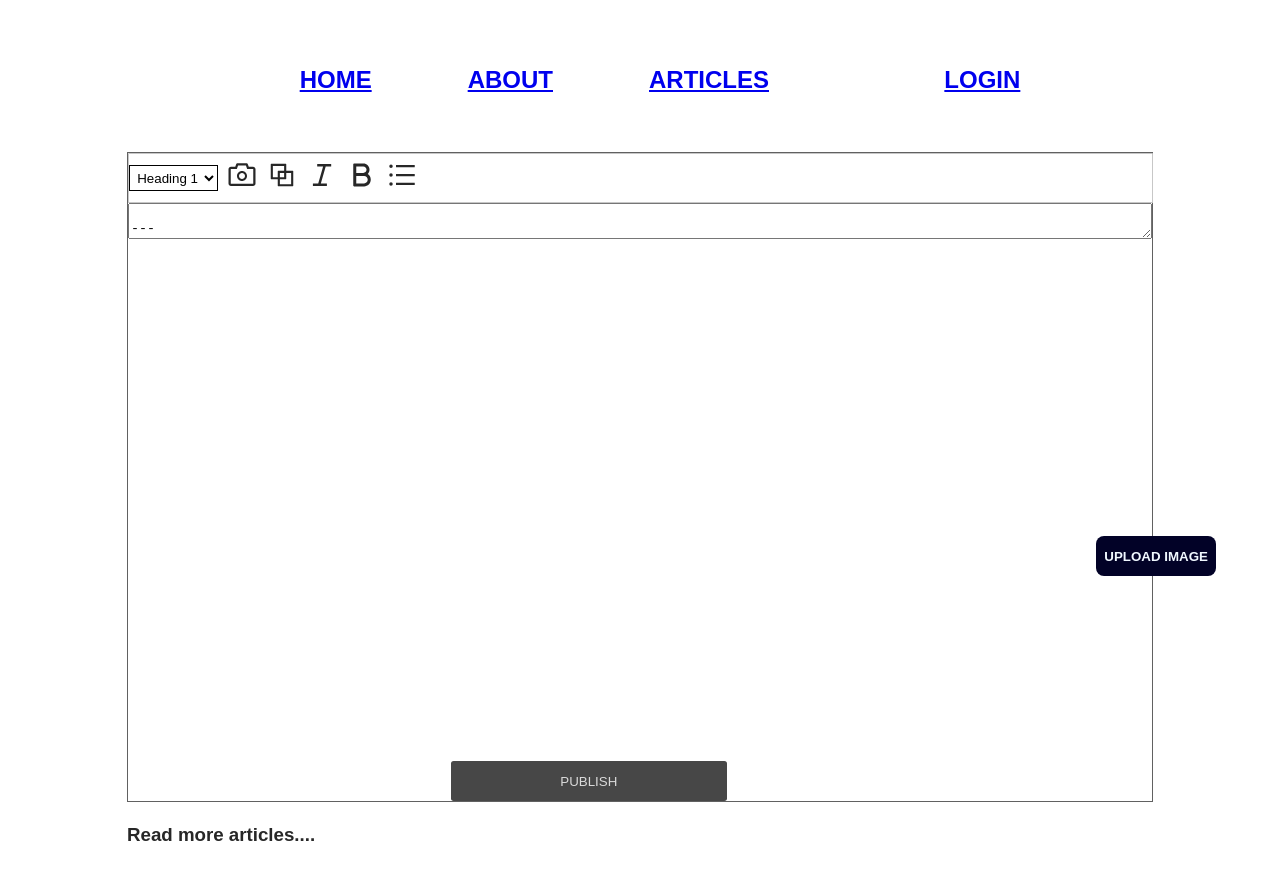
Repository: ValGrace/-static-site
Page: /articles (app in client/)
An editor plug-in stored every save of this project. The page is shown before and after the next save, followed by the edit.
The browser window is 1280 px wide. The pictures show the whole page.
The page's requests for data from a server got no answer. The project was rebuilt for these pictures with package versions that can differ from the ones it lists, and the page was loaded fresh each time. No one was signed in, and anything a server would have sent is missing. Also part of the build but not shown: client/vite.config.js, client/src/Components/Login.jsx, client/src/Components/Signup.jsx, client/src/Components/HomeSection.jsx, client/src/Components/TopSection.jsx, client/src/MdFiles/MdFileContext.js, client/src/Pages/HomePage.jsx, client/src/Pages/aboutPage.jsx.

Above is the page before, as saved 2023-07-01 12:05:23.

### client/index.html
<!DOCTYPE html>
<html lang="en">
  <head>
    <meta charset="UTF-8" />
    <link rel="icon" type="image/svg+xml" href="/vite.svg" />
    <meta name="viewport" content="width=device-width, initial-scale=1.0" />
    <title>Static Site Generator</title>

  </head>
  <body>
    <div id="root"></div>
    <script type="module" src="/src/main.jsx"></script>
  </body>
</html>

### client/src/main.jsx
import React from 'react'
import ReactDOM from 'react-dom/client'
import App from './App'
import './index.css'
import { BrowserRouter } from 'react-router-dom'
ReactDOM.createRoot(document.getElementById('root')).render(
  <React.StrictMode>
    <BrowserRouter>
    <App />
    </BrowserRouter>
  </React.StrictMode>,
)

### client/src/App.jsx
import PageRouter from './Routing/PageRouter'
import './App.css'


function App() {

  return (
    <div className="App">
      <PageRouter />
    </div>
  )
}

export default App

### client/src/index.css
:root {
  font-family: 'Acme', sans-serif;
  line-height: 1.5;
  font-weight: 400;

  color-scheme: light dark;
  color: rgba(7, 7, 7, 0.87);
  background-color: #ffffff;

  font-synthesis: none;
  text-rendering: optimizeLegibility;
  -webkit-font-smoothing: antialiased;
  -moz-osx-font-smoothing: grayscale;
  -webkit-text-size-adjust: 100%;
}

/* a {
  font-weight: 500;
  color: #646cff;
  text-decoration: inherit;
}
a:hover {
  color: #535bf2;
}

body {
  margin: 0;
  display: flex;
  place-items: center;
  min-width: 320px;
  min-height: 100vh;
}

h1 {
  font-size: 3.2em;
  line-height: 1.1;
}

button {
  border-radius: 8px;
  border: 1px solid transparent;
  padding: 0.6em 1.2em;
  font-size: 1em;
  font-weight: 500;
  font-family: inherit;
  background-color: #1a1a1a;
  cursor: pointer;
  transition: border-color 0.25s;
}
button:hover {
  border-color: #646cff;
}
button:focus,
button:focus-visible {
  outline: 4px auto -webkit-focus-ring-color;
}

@media (prefers-color-scheme: light) {
  :root {
    color: #213547;
    background-color: #ffffff;
  }
  a:hover {
    color: #747bff;
  }
  button {
    background-color: #f9f9f9;
  }
} */

### client/src/Routing/PageRouter.jsx
import Dashboard from "../Pages/Dashboard";
import HomePage from "../Pages/HomePage";
import { Routes, Route} from "react-router-dom"
import AboutPage from "../Pages/aboutPage";
import Articles from "../Pages/Articles";
const PageRouter = () => {
    return (
        <Routes>
            <Route exact path="/" element={ <HomePage />}/>
            <Route path="/login" element={ <Dashboard />}/>
            <Route path="/about" element={<AboutPage />} />
            <Route path="/articles" element={<Articles />} />

        </Routes>
    )
}

export default PageRouter

### client/src/App.css
.App {
  display: flex;
  flex-direction: column;
  justify-content: center;
  align-items: center;
}

### client/src/Pages/Dashboard.jsx
import React, { useReducer, useState} from 'react'
import Login from '../Components/Login'
import Signup from '../Components/Signup'
import "../Components/Inputs.css"
import { Link, useNavigate } from 'react-router-dom'
// import { useAuth } from '../Context/UserContext'
import { account } from '../Utils/appwrite'
const initialState = {page : <Login />}
function reducer(state, action) {
    switch(action.type) {
        case 'loginpage':
          return { page: <Login />}
        case 'signuppage':
            return { page: <Signup />}
        default:
            return { page: <h2>Loading....</h2>}
    }
}
const Dashboard = () => {
    const [state, dispatch] = useReducer(reducer, initialState)

    const [ error, setError] = useState('')
    const navigate = useNavigate()
    const ghostLogin = async() => {
        try {
            setError('')
            await account.createAnonymousSession();
            navigate("/")
        }
        catch {
             setError("Failed to Create anonymous account")
        }
    }
    return (
        <div className='dashboard'>
         <h2>Static Site Generator</h2>
         <div>Static site Image</div>
      <div className='dash' id='dash'>
            <div className='toggleForms'>
                <button onClick={() => dispatch({type: 'loginpage'})} className="type-btn">Login</button>
                <button onClick={() => dispatch({type: 'signuppage'})} className="type-btn">Signup</button>
                </div>
            <React.Fragment>{state.page}</React.Fragment>

            <button id="auth-btns" onClick={ghostLogin}>Login with Ghost account</button>
            <h5>{error}</h5>
         </div>
         <Link to="/home">Home</Link>
       </div>
    )
}

export default Dashboard

### client/src/Pages/Articles.jsx
import { useEffect, useRef, useState} from 'react'
import { Axios } from "axios"
import Navbar from '../Components/Navbar'
import { account } from '../Utils/appwrite'
// import { FaBold, FaItalic, FaList} from 'react-icons/fa'
import { AiOutlineItalic, AiOutlineUnorderedList, AiOutlineBold, AiOutlineBlock, AiOutlineCamera} from "react-icons/ai"

const Articles = () => {

  const input = useRef()
  const preview = useRef()

  const [userName] = useState("anonymous")
  const [headStyle, setHeadStyle] = useState("##")
  const [imageData, setImageData] = useState("")
  // const [title, setTitle] = useState('')
  const [currentUser, setCurrentUser] = useState("")
  const articleContext = `
---
title: Modify this title
author: ${currentUser ? currentUser : userName}
featured: paste a cover image link here
---
Write your article here
  `
  const [article, setarticle] = useState(articleContext)


  // get current user account
  const subscriber = () => {
    const unsubscribe = account.get()
    unsubscribe.then(function(promise){
       console.log(promise)
       setCurrentUser(promise.name)
    }, function(error) {
      console.log(error)
    })
    return unsubscribe
  }
  // fetch articles from api
  async function getData() {
    const response =  await fetch('/articles/')
    const postData = await response.json()
    console.log(postData)

  }
  useEffect(()=> {
    subscriber()
    getData()
  }, [])


  const headTwoEvent = (e) => {
    e.preventDefault()
    setHeadStyle(e.target.value)
    input.current.value += headStyle

  }

  const blockEvent = (e) => {
    e.preventDefault()
    input.current.value += "> "
  }

  const italicEvent = (e) => {
    e.preventDefault()
    input.current.value += "*edit this italic text*"
  }

  const boldEvent = (e) => {
    e.preventDefault()
    input.current.value += "**edit this bold text**"
  }
  const editPost = (event) => {
     setarticle(event.target.value)
  }
  const listEvent = (e) => {
      e.preventDefault()
      input.current.value += "\n- "
  }

   const [imageSelected, setImageSelected] = useState()
   const uploadImage = async() => {
    const formdData = new FormData()
    formdData.append("file", imageSelected)
    formdData.append("upload_preset", "blogsite")
    // formData.append("cloud_name", "dnjzdxki1")
    let data = ""
    await Axios.post("https://api.cloudinary.com/v1_1/dnjzdxki1/image/upload", formdData).then((response)=>{
      console.log(response)
      data = response.data["secure_url"]
      setImageData(data)
    })
    input.current.value += `![add alt text here](${imageData})`
    return data
   }
    return (
        <>
          <Navbar />
          <div className="articles">
          <button onClick={uploadImage} className="btn-edit" accept="image/*"> Upload Image</button>
            <form className="md-editor" method='post' action='/articles/' encType='multipart/form-data'>

            <div className='article-area'>

              <div className='article-icons'>
                <select value={headStyle} onChange={headTwoEvent}>
                  <option value="# ">Heading 1</option>
                  <option value="## ">Heading 2</option>
                  <option value="### ">Heading 3</option>
                </select>
                              <div>
                <label htmlFor='inputFile'>
                <AiOutlineCamera size="2em"/>
                <input type='file' onChange={(event) => setImageSelected(event.target.files[0])}/>
                </label>


                {/* <Image cloudName="" publicId="" /> */}
                </div>
                <span onClick={blockEvent}><AiOutlineBlock size="2em"/></span>
                <span onClick={italicEvent}><AiOutlineItalic size="2em"/></span>
                <span onClick={boldEvent}><AiOutlineBold size="2em"/></span>
                <span onClick={listEvent}><AiOutlineUnorderedList size="2em"/></span>

                </div>

                <textarea value={article} ref={input} onChange={editPost} id='txtarea' name='article'/>
            </div>
            <div className="md-btns">

                <input type='submit' id="md-btn" value='Publish' />
            </div>
            </form>

            <div id="preview" ref={preview}></div>
            <div>

                <h3>Read more articles....</h3>

            </div>
          </div>
        </>
    )
}

export default Articles













//   const submitForm = () => {
//     fetch("/articles/", {
//         method: "POST",
//         headers: {
//             "Content-Type": "application/json",
//         },
//         body: article

//     })
// }

### client/src/Components/Inputs.css
form, #dash {
    width: 80vw;
}
.signupForm, .dash, .dashboard {
   display: flex;
   flex-direction: column;
   justify-content: center;
   align-items: center;
   gap: 0.8em;
}

input, button {
    width: 80%;
    height: 3em;
    background-color: transparent;
    color: black;
}

#sign {
   width: 40vw;
}

.toggleForms {
    display: grid;
    grid-template-columns: 50% 50%;
    gap: 0.4em;
    justify-content: center;
    align-items: center;
}

#inptitle, .article-icons{
   width: 100%;
   border: 0.5px solid rgb(199, 199, 199);
   border-radius: 0.7%;

}

.article-icons {
    width: 79.9vw;
    height: 3em;
    display: flex;
    flex-direction: row;
    align-items: center;
    gap: 0.5em;
}

.article-area {
   margin-top: 0;
   display: flex;
   flex-direction: column;
   height: 90vh;

}

.type-btn {
    background-color: rgb(2, 2, 133);
    border: none;
    width: 20vw;
    border-radius: 8px;
    text-transform: uppercase;
    color: aliceblue;
    font-weight: 700;
}

.type-btn:hover {
   background-color: rgb(1, 1, 22);
}

#auth-btns {
    text-transform: uppercase;
    font-weight: 700;
}

select, option {
    border: 0.08em solid black;
    background-color: transparent;
    font-weight: 500;
    padding: 0.2rem;
}

input[type=file] {
   display: none;
}

label {
    cursor: pointer;
}

### client/src/Utils/appwrite.js
import {Client, Account} from "appwrite"

const client = new Client()

client.setEndpoint("https://cloud.appwrite.io/v1").setProject("64940746ea62d29f596e")

export const account = new Account(client)

### client/src/Components/Navbar.jsx
import { useState } from "react"
import {HiBars3BottomLeft} from 'react-icons/hi2'
import { FaTimes} from 'react-icons/fa'
import { Link} from 'react-router-dom'
import "./Navbar.css"
const Navbar = () => {
    const [clickbar, setClickbar] = useState(false)
    return (
           <>


        <nav id="bar" onClick={()=>setClickbar
        (!clickbar)}>{clickbar ? <>
           <FaTimes size="2em"/>

            <ul>
               <Link to="/"><li>home</li></Link>
                <Link to="/about"><li>about</li></Link>
                <Link to="/articles"><li>articles</li></Link>
                <Link to="/login"><li>Login</li></Link>
            </ul>

        </>: <HiBars3BottomLeft size="2em"/>}
        </nav>

        <nav id="pages">
        <ul>
                <Link to="/"><li>home</li></Link>
                <Link to="/about"><li>about</li></Link>
                <Link to="/articles"><li>articles</li></Link>
            </ul>
            <ul>
                <li><Link to="/login">Login</Link></li>
            </ul>

</nav>
        </>
    )
}

export default Navbar

### client/src/Components/InfoPage.css
#about-page {
    font-size:2rem;
    text-transform: capitalize;

    width: 80vw;

    text-align: center;
}

.about-mid {
   display: flex;
   gap: 0.4rem;
   flex-wrap: wrap;
   flex-direction: column;
}

.about-info, .abt-context {
    /* width: 25vw; */
    display: flex;
    flex-direction: column;

}
#context {
    width: 75vw;
}

.abt-img {
    background-color: rgba(54, 4, 4, 0.685);
    width: 40vw;

}

.abt-img > img {
    width: 100%;
    height: 100%;
}


.md-editor {
    width: 80vw;
    height: 90vh;
    margin: auto;
    display: flex;
    flex-direction: column;
    border: 0.5px solid rgb(97, 97, 97);

}

#textarea {
    resize: none;
    width: 100%;
    height: 60vh;
    background-color: transparent;
    border: none;
    font-family: 'Acme', sans-serif;
}
.md-edit {
    position: absolute;
    width: 80vw;
    height: 90vh;
    top: 10%;
    background-color: rgb(0, 0, 0);
    display: flex;
    flex-direction: column;
    align-items: center;
    gap: 0.4em;
}

.md-edit > textarea {
    resize: none;
    width: 90%;
    height: 80%;
    background-color: rgb(29, 28, 28);
    color: rgba(240, 248, 255, 0.932);
    border-radius: 8px;
    border: none;

}

.md-btns {
    display: flex;
   justify-content: center;
   align-items: center;
    gap: 0.7em;
    width: 90%;
}

#md-btn {
    width: 30%;
    background-color: rgb(71, 71, 71);
    color: rgb(218, 218, 218);
    text-transform: uppercase;
    font-weight: 400;
    border: none;
    border-radius: 0.2em;

}
@media screen and (min-width: 670px) {
    #abt-info {
        flex-direction: row-reverse;
    }
    .about-info, .abt-context {
        flex-direction: row;
        justify-content: center;
        gap: 0.8em;

    }
    .abt-pg {
        display: flex;
        flex-direction: column;
        width: 40vw;
    }
    .abt-img {
        width: 40vw;
    }

}

### client/src/Components/Navbar.css
nav {
    width: 70vw;
    height: 20vh;
    display: flex;
}

nav > ul{
  display: flex;
  flex-direction: row;
  text-transform: uppercase;
  list-style-type: none;
  justify-content: center;
  align-items: center;
  gap: 4em;
  font-weight: 600;
  font-size: 1.5rem;
  flex-grow: 1;
}

#top-text {
    width: 65vw;
}

#top-text > h2 {
    font-size: 4.5rem;
    text-transform: capitalize;
    margin: 0;
    /* float: left; */
}

#top-text > p {
    float: right;

}

.head-section {
    display: flex;
    width: 65vw;
    gap: 0.5em;
    flex-wrap: wrap;
}

.head-img {
    background-color: rgb(14, 13, 29);
    width: 80%;
    border-radius: 0.9em;
    height: 45vh;
    box-shadow: rgba(0, 0, 0, 0.25) 0px 14px 28px, rgba(0, 0, 0, 0.22) 0px 10px 10px;
}

.head-img > img {
    width: 100%;
    height: 100%;
    border-radius: 0.9em;
}

.side-section {
    display: flex;
    flex-direction: row;
    gap: 0.3rem;
    width: 40%;
}

.side-img {
    background-color: black;
    width: 5rem;
    height: 4rem;
    border-radius: 50%;
}

.side-blogs > h4, .side-blogs > p {
    margin: 0;
}

.btn-edit {
    position: fixed;
    right: 5%;
    bottom: 20%;
    width: auto;
    padding: 8px;
    background-color: rgb(2, 2, 39);
    color: aliceblue;
    text-transform: uppercase;
    font-weight: 600;
    border: none;
    border-radius: 8px;
}
.site-descr {
    width:65vw;

    border-radius: 9px;
    margin-top: 0.9rem;
    display: flex;
    /* gap: 0.4rem; */
    padding: 0.4rem;
    height: 25vh;
    margin-bottom: 3em;
}

#pages > ul {

    flex-direction: column;
}

.site-descr > p {
    width: 75%;
}
.site-sep {
    width: 0.1rem;
    height: 90%;
    background-color: azure;
    margin-right: 0.7rem;
}


.value-section {
   width: 80vw;
    display: flex;
    gap: 0.8rem;
    flex-wrap: wrap;
    justify-content: center;
    align-items: center;
}

.single-value {
    box-shadow:
		5px 1px 5px rgb(184, 181, 181),
        0 5px 7px 2px rgba(221, 218, 218, 0.733);
    border-radius: 10px;
    padding: 0.4em;
    width: 15em;
    height: 16em;
}

#icon-section {
    width: 100%;
    height: 40%;
    display:flex;
    justify-content: center;
    align-items: center;
}



@media screen and (min-width: 1200px) {
    #bar {
      display: none;
    }
    #pages > ul{
        flex-direction: row;
    }

  }

@media screen and (max-width: 1200px) {
    #pages {
      display: none;
    }
   #bar {
        flex-direction: column;

    }
    #bar > ul {
        flex-direction: column;
        gap: 2em;
        background-color: rgba(255, 255, 255, 0.979);
        color: rgb(2, 6, 56);
        width: 90vw;
        height: 70vh;
        position: absolute;
        top: 0;
        right: 0;
    }
}

After the next save:
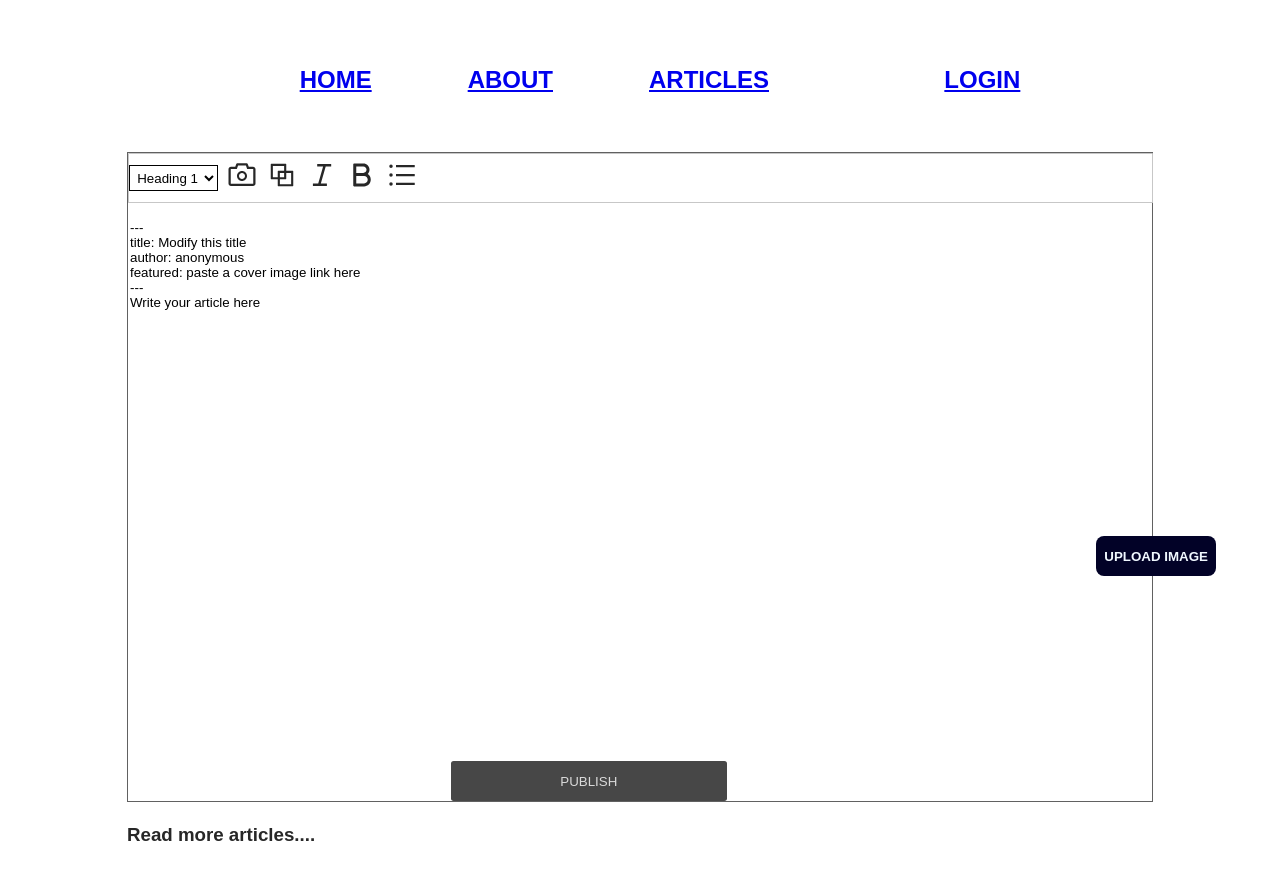
Saved 62 s later.
--- a/client/src/Components/InfoPage.css
+++ b/client/src/Components/InfoPage.css
@@ -46,7 +46,7 @@
 
 }
 
-#textarea {
+#txtarea {
     resize: none;
     width: 100%;
     height: 60vh;
